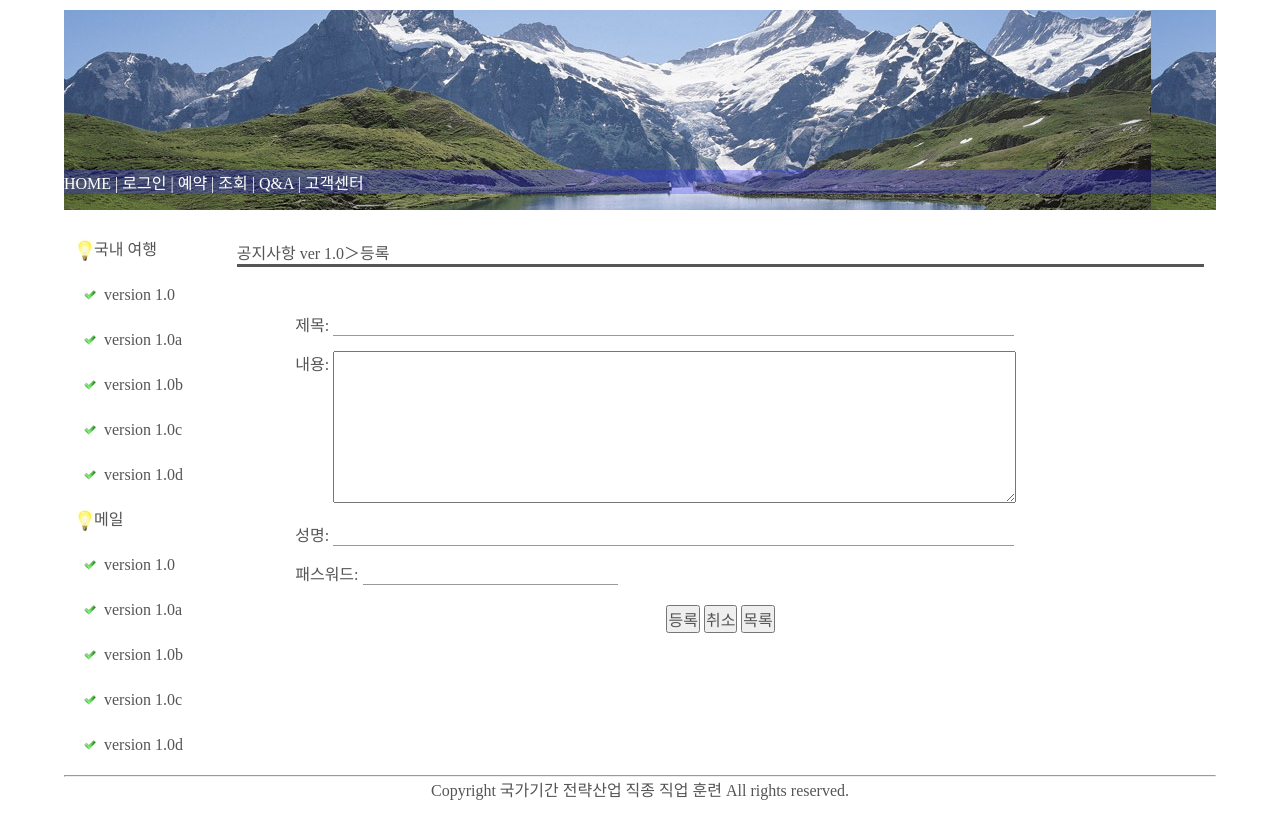
Repository: jangky000/ai_web
Page: http://localhost/blog_v2jc/mail_app/create_form.jsp
The author's editor kept a copy of each file at every save. The page is drawn from the files as they stood at one save, then again after the next save.
The browser window is 1280 px wide. The pictures show the whole page.
The page is served by Tomcat 9. Other server files are loaded and not shown.

Above is the page before, as saved 2020-03-27 05:44:08.

### ws__frame/blog_v2jc/WebContent/mail_app/create_form.jsp
<%@ page contentType="text/html; charset=UTF-8" %>

<%
request.setCharacterEncoding("utf-8");
String root = request.getContextPath();
%>

<!DOCTYPE html>
<html lang="ko">
<head>
<meta charset="UTF-8">
<title>공지사항</title>
<link href="<%=root%>/css/style.css" rel="Stylesheet" type="text/css">
</head>
<body>
<jsp:include page="/menu/top.jsp" flush='false' />
  <div class="title_line">공지사항 ver 1.0＞등록</div>
  <form name='frm' action='./create_proc.jsp' method='POST'>
    <fieldset class="fieldset_basic">
      <!-- <legend class="legend_basic">공지사항 등록</legend> -->
      <ul>
        <li class="li_none">
          <label>제목: </label>
          <input class="input_basic" type="text" name="title" style="width: 80%;" autofocus="autofocus">
        </li>
        <li class="li_none">
          <label style="vertical-align: top;">내용: </label>
          <textarea name="content" style="width: 80%; height: 150px;"></textarea>
        </li>
        <li class="li_none">
          <label>성명: </label>
          <input class="input_basic" type="text" name="rname" style="width: 80%;">
        </li>
        <li class="li_none">
          <label>패스워드: </label>
          <input class="input_basic" type="password" name="passwd" style="width: 30%;">
        </li>
      </ul>
      <div class ="bottom_menu">
        <button type="submit">등록</button>
        <button type="button" onclick="location.href = './list.jsp'">취소</button>
        <button type="button" onclick="location.href = './list.jsp'">목록</button>
      </div>
    </fieldset>

  </form>

<jsp:include page="/menu/bottom.jsp" flush='false' />
</body>
</html>
</html>

### ws__frame/blog_v2jc/WebContent/menu/top.jsp
<%@ page contentType="text/html; charset=UTF-8" %>
<!-- jsp: include를 사용했기 때문에 root로 인한 충돌이 발생하지 않는다. -->
<% String root = request.getContextPath(); %>

<DIV class='container'>
  <DIV class='top_img'>
    <NAV class="top_menu">
      <a href="<%=root %>" class="menu_link">HOME</a> | 로그인 | 예약 | 조회 | Q&A | 고객센터
    </NAV>
  </DIV>

  <DIV style='margin-top: 10px;'> <!-- 좌측 메뉴 + 내용 시작 -->
    <DIV class='left_menu'> <!--  좌측 메뉴 시작 -->
      <div class="li_left_menu_1" >국내 여행</div>
      <UL>
         <!-- 모든 위치에서 동일한 주소를 찾아야하므로, 절대 경로로 설정 -->
        <LI class="li_left_menu_2"><a href="<%= request.getContextPath() %>/notice1/list.jsp">version 1.0</a></LI>
        <LI class="li_left_menu_2"><a href="<%= request.getContextPath() %>/notice1a/list.jsp">version 1.0a</a></LI>
        <LI class="li_left_menu_2"><a href="<%= request.getContextPath() %>/notice1b/list.jsp">version 1.0b</a></LI>
        <LI class="li_left_menu_2"><a href="<%= request.getContextPath() %>/notice1c/list.jsp">version 1.0c</a></LI>
        <LI class="li_left_menu_2"><a href="<%= request.getContextPath() %>/notice1d/list.jsp">version 1.0d</a></LI>
      </UL>
      <!-- br을 쓰는 것보다 margin으로 여백을 주는 것이 낫다 -->
      <div class="li_left_menu_1">메일</div>
      <UL>
        <LI class="li_left_menu_2"><a href="<%= request.getContextPath() %>/mail_app/list.jsp">version 1.0</a></LI>
        <LI class="li_left_menu_2"><a href="<%= request.getContextPath() %>/mail_app1a/list.jsp">version 1.0a</a></LI>
        <LI class="li_left_menu_2"><a href="<%= request.getContextPath() %>/mail_app1b/list.jsp">version 1.0b</a></LI>
        <LI class="li_left_menu_2"><a href="<%= request.getContextPath() %>/mail_app1c/list.jsp">version 1.0c</a></LI>
        <LI class="li_left_menu_2"><a href="<%= request.getContextPath() %>/mail_app1d/list.jsp">version 1.0d</a></LI>
      </UL>

    </DIV>  <!--  좌측 메뉴 종료 -->

    <DIV class='content_body'> <!--  내용 시작 -->

### ws__frame/blog_v2jc/WebContent/menu/bottom.jsp
<%@ page contentType="text/html; charset=UTF-8" %>

    </DIV> <!-- 내용 종료 -->
  </DIV> <!-- 좌측 메뉴 + 내용 종료 -->

  <!-- 화면 하단 메뉴 -->
  <DIV class='copyright'>
    <HR>
    Copyright 국가기간 전략산업 직종 직업 훈련 All rights reserved.
  </DIV>

</DIV> <!-- 컨테이너 종료 -->

### ws__frame/blog_v2jc/WebContent/css/style.css
/* ver 0.2 */
/* 모든 태그에 적용 */
  *{
     font-family: Malgun Gothic;
     font-size: 16px;
     margin: 0px;  /* top right bottom left */
     padding: 0px;
     color: #555555;
  }

  .container {
    width: 90%;
    margin: 10px auto;
  }

  /*
  이미지 경로 지정
  권장하지 않는 방법(절대경로): background-image: url('/blog_v2jc/css/images/top_image.jpg');
  권장하는 방법(상대경로): background-image: url('./images/top_image.jpg');
  style.css 파일이 include(link)되는 폴더를 현재 폴더로 인식함
  /blog_v2jc/css/style.css에서 사용
  /blog_v2jc/css/images/top_image.jpg 인식
   */
  .top_img {
    width: 100%;
    height: 200px;
    /* background-image: url('/blog_v2jc/menu/images/top_image.jpg'); */
    background-image: url('./images/top_image.jpg');
  }

  .top_menu {
    position: relative;  /* 부모 태그 기준 화면 상단 기준 */
    top: 80%;
    /* left: 2px;  */
    background-color: rgba(50, 50, 255, 0.3);
    color: white;
  }

  .left_menu {
    width: 15%;
    float: left;
  }

  .content_body {
    width: 84%;
    float: left;
  }

  .content_bottom {

  }

  .bottom_menu {
    text-align: center;
    margin: 20px auto;
    clear: both;
  }

  .copyright {
    text-align: center;
    margin: 20px auto; /* 블럭 가운데 정렬 */
    clear: both; /*  float: left; 해제 float 효과를 제거 */
  }

  .li_warning{/* 경고 메시지 */
    list-style: none;
    margin: 15px 10px;
    color: #ff6600;
  }

  .li_error{ /* 에러 메시지 */
    list-style: none;
    margin: 15px 10px;
    color: #FF0000;
  }

  .li_none{
    list-style: none;
    margin: 15px 10px;
  }

  .fieldset_basic{
    width:90%;
    margin:10px auto;
    border-top: none;
    border-right: none;
    border-bottom: none;
    border-left: none;
    padding: 10px;
  }

  .legend_basic{
    margin-left:30px;
    border:solid 1px #999999;
    background-color: #A6C2FF;
    color:#FFFFFF;
  }

  input:focus {outline:none;}
  .input_basic{
    border-top: none;
    border-right: none;
    border-bottom: solid 1px #999999;
    border-left: none;
  }

  .title_line{
    text-align:left;
    /* text-decoration: underline; */
    border-bottom: solid 3px #555555;
    width: 100%;
    margin: 20px auto;

  }

  .sub_menu{
    text-align: right;
    width: 100%;
  }

  .table_basic{
    border-collapse: collapse; /* 셀 합치기 */
    margin: 2px auto;
    width: 100%;
  }

  /*
    1em 기본값: 16px, 주변 태그의 글자 크기를 1em으로 인식
    div 태그가 20px일 경우 자식 태그가 0.5em이면 최종적으로 10px이 적용됨.
  */
  .th_basic{
    font-size: 0.8em;
    border-bottom: solid 1px #999999;
  }

  .td_basic{
    background-color: #ffffff;

    border-top: none;
    border-right: none;
    border-bottom: solid 1px #dddddd;
    border-left: none;

    text-align: center;
  }

  .td_left{
    background-color: #ffffff;

    border-top: none;
    border-right: none;
    border-bottom: solid 1px #dddddd;
    border-left: none;

    text-align: left;
  }

  A:link{  /* 방문전 상태 */
    text-decoration: none; /* 밑줄 삭제 */
    color: #555555;
  }

  A:visited{  /* 방문후 상태 */
    text-decoration: none; /* 밑줄 삭제 */
    color: #555555;
  }

  A:hover{  /* A 태그에 마우스가 올라간 상태 */
    text-decoration: underline; /* 밑줄 출력 */
    color: #7777FF;
  }

  A:active{  /* A 태그를 클릭한 상태 */
    text-decoration: underline; /* 밑줄 출력 */
    color: #7777FF;
  }

  /* top menu */
  .menu_link:link{  /* 방문전 상태 */
    text-decoration: none; /* 밑줄 삭제 */
    color: white;
  }

  .menu_link:visited{  /* 방문후 상태 */
    text-decoration: none; /* 밑줄 삭제 */
    color: white;
  }

  .menu_link:hover{  /* A 태그에 마우스가 올라간 상태 */
    text-decoration: underline; /* 밑줄 출력 */
    color: white;
    /* font-weight: bold; */
  }

  .menu_link:active{  /* A 태그를 클릭한 상태 */
    text-decoration: underline; /* 밑줄 출력 */
    color: white;
  }

  .content_title{
    border-top: none;
    border-right: none;
    border-bottom: solid 1px #999999;
    border-left: none;

    margin-bottom: 20px;
  }

  .content_bottom{
    border-top: none;
    border-right: none;
    border-bottom: none;
    border-left: none;
    margin: 20px 0;
    text-align: right;
    font-size: 0.8em;
  }

  .li_left_menu_1{/* 화면 좌측 대분류 */
    list-style: none;
    margin: 15px 10px;
    background: url(./images/li_left_menu_1.png) left center no-repeat; /* url 왼쪽 중간 반복x */
    background-size: 22px;
    padding-left: 20px;
    line-height: 30px;
  }

  .li_left_menu_2{/* 화면 좌측 중분류 */
    list-style: none;
    margin: 15px 10px;
    background: url(./images/li_left_menu_2.png) left center no-repeat; /* url 왼쪽 중간 반복x */
    background-size: 12px;
    margin-left: 20px;
    padding-left: 20px;
    line-height: 30px;
  }

After the next save:
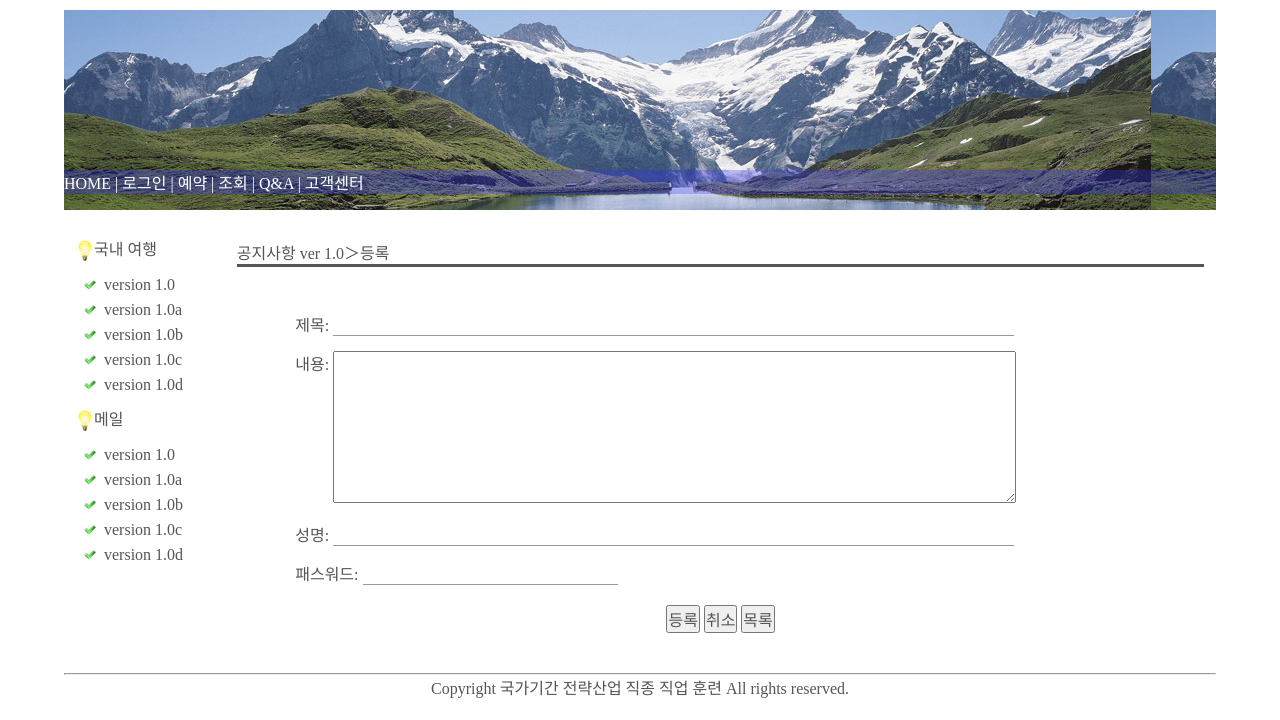
Saved 13 s later.
--- a/ws__frame/blog_v2jc/WebContent/css/style.css
+++ b/ws__frame/blog_v2jc/WebContent/css/style.css
@@ -232,5 +232,5 @@
     background-size: 12px;
     margin-left: 20px;
     padding-left: 20px;
-    line-height: 30px;
-  }
+    line-height: 10px;
+  }
